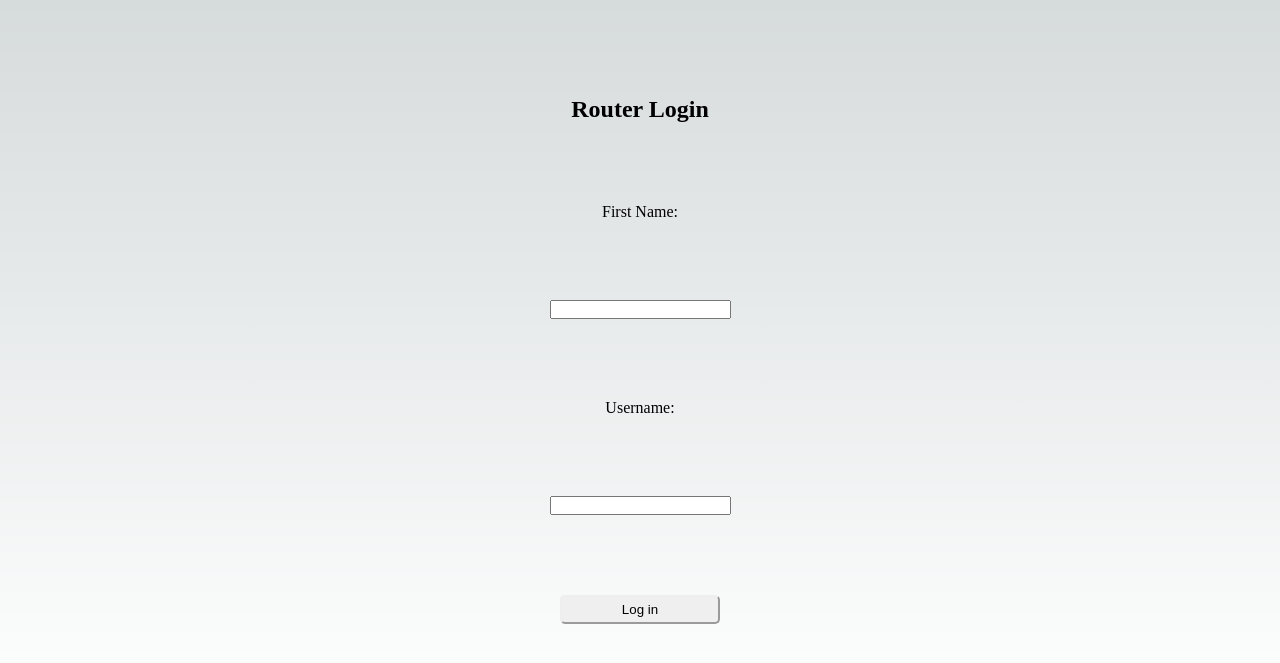
Repository: Mariessa-Pinto/week2-next.js-next-router-login
Page: /
These files come from the project's save history. The page is drawn as it stood at one moment and after the next save; the edit follows.
The browser window is 1280 px wide. The pictures show the whole page.
The project was rebuilt for these pictures with package versions that can differ from the ones it lists, and the page was loaded fresh each time. The framework's server and built-in components were replaced by stand-ins that run in the browser. Also part of the build but not shown: next.config.js.

Above is the page before, as saved 2023-01-11 07:39:25.

### pages/index.js
import Head from 'next/head'
import Image from 'next/image'
import { Inter } from '@next/font/google'
import styles from '../styles/Home.module.css'
import { useState } from 'react'
import { useRouter } from 'next/router'

const inter = Inter({ subsets: ['latin'] })

export default function Home() {

  const router = useRouter()

  const [formData, setFormData] = useState({
    firstName: '',
    username: ''
  })

  const CheckLogin = () => {
    console.log(formData.firstName)
    console.log(formData)

    if(formData.username !== null) {
      router.push( {
        pathname: './counter',
        query: {
          username: formData.username
        }
      })
    }
  }

  return (
    <>
      <Head>
        <title>Create Next App</title>
        <meta name="description" content="Generated by create next app" />
        <meta name="viewport" content="width=device-width, initial-scale=1" />
        <link rel="icon" href="/favicon.ico" />
      </Head>
      <main className={styles.main}>

       <h2>Router Login</h2>
       <label>First Name:</label>
       <input
        type = "text"
        id = "first"
        name = "first"
        required
        pattern ="[A-Z]{1}[a-z]{2,10}"
        title="The first letter should be capitalized"
        onChange={(e => setFormData({...formData, firstName: e.target.value}))}
       />

       <label>Username:</label>
       <input
        type = "text"
        id = "username"
        name = "username"
        required
        title="Type your username"
        minLength="5"
        maxLength="10"
        onChange={(e => setFormData({...formData, username: e.target.value}))}
       />
       <button className={styles.button} type="submit" onClick={() => CheckLogin()}>Log in</button>
      </main>
    </>
  )
}

### styles/globals.css
:root {
  --max-width: 1100px;
  --border-radius: 12px;
  --font-mono: ui-monospace, Menlo, Monaco, 'Cascadia Mono', 'Segoe UI Mono',
    'Roboto Mono', 'Oxygen Mono', 'Ubuntu Monospace', 'Source Code Pro',
    'Fira Mono', 'Droid Sans Mono', 'Courier New', monospace;

  --foreground-rgb: 0, 0, 0;
  --background-start-rgb: 214, 219, 220;
  --background-end-rgb: 255, 255, 255;

  --primary-glow: conic-gradient(
    from 180deg at 50% 50%,
    #16abff33 0deg,
    #0885ff33 55deg,
    #54d6ff33 120deg,
    #0071ff33 160deg,
    transparent 360deg
  );
  --secondary-glow: radial-gradient(
    rgba(255, 255, 255, 1),
    rgba(255, 255, 255, 0)
  );

  --tile-start-rgb: 239, 245, 249;
  --tile-end-rgb: 228, 232, 233;
  --tile-border: conic-gradient(
    #00000080,
    #00000040,
    #00000030,
    #00000020,
    #00000010,
    #00000010,
    #00000080
  );

  --callout-rgb: 238, 240, 241;
  --callout-border-rgb: 172, 175, 176;
  --card-rgb: 180, 185, 188;
  --card-border-rgb: 131, 134, 135;
}

@media (prefers-color-scheme: dark) {
  :root {
    --foreground-rgb: 255, 255, 255;
    --background-start-rgb: 0, 0, 0;
    --background-end-rgb: 0, 0, 0;

    --primary-glow: radial-gradient(rgba(1, 65, 255, 0.4), rgba(1, 65, 255, 0));
    --secondary-glow: linear-gradient(
      to bottom right,
      rgba(1, 65, 255, 0),
      rgba(1, 65, 255, 0),
      rgba(1, 65, 255, 0.3)
    );

    --tile-start-rgb: 2, 13, 46;
    --tile-end-rgb: 2, 5, 19;
    --tile-border: conic-gradient(
      #ffffff80,
      #ffffff40,
      #ffffff30,
      #ffffff20,
      #ffffff10,
      #ffffff10,
      #ffffff80
    );

    --callout-rgb: 20, 20, 20;
    --callout-border-rgb: 108, 108, 108;
    --card-rgb: 100, 100, 100;
    --card-border-rgb: 200, 200, 200;

    --dark-red: darkred;
  }
}

* {
  box-sizing: border-box;
  padding: 0;
  margin: 0;
}

html,
body {
  max-width: 100vw;
  overflow-x: hidden;
}

body {
  color: rgb(var(--foreground-rgb));
  background: linear-gradient(
      to bottom,
      transparent,
      rgb(var(--background-end-rgb))
    )
    rgb(var(--background-start-rgb));
}

a {
  color: inherit;
  text-decoration: none;
}

@media (prefers-color-scheme: dark) {
  html {
    color-scheme: dark;
  }
}

### styles/Home.module.css
.main {
  display: flex;
  flex-direction: column;
  justify-content: space-between;
  align-items: center;
  padding: 6rem;
  min-height: 100vh;
}

.button {
  border-color: rgb(var(--dark-red));
  padding: 5px 60px;
  border-radius: 5px;
}

.description {
  display: inherit;
  justify-content: inherit;
  align-items: inherit;
  font-size: 0.85rem;
  max-width: var(--max-width);
  width: 100%;
  z-index: 2;
  font-family: var(--font-mono);
}

.description a {
  display: flex;
  justify-content: center;
  align-items: center;
  gap: 0.5rem;
}

.description p {
  position: relative;
  margin: 0;
  padding: 1rem;
  background-color: rgba(var(--callout-rgb), 0.5);
  border: 1px solid rgba(var(--callout-border-rgb), 0.3);
  border-radius: var(--border-radius);
}

.code {
  font-weight: 700;
  font-family: var(--font-mono);
}

.grid {
  display: grid;
  grid-template-columns: repeat(4, minmax(25%, auto));
  width: var(--max-width);
  max-width: 100%;
}

.card {
  padding: 1rem 1.2rem;
  border-radius: var(--border-radius);
  background: rgba(var(--card-rgb), 0);
  border: 1px solid rgba(var(--card-border-rgb), 0);
  transition: background 200ms, border 200ms;
}

.card span {
  display: inline-block;
  transition: transform 200ms;
}

.card h2 {
  font-weight: 600;
  margin-bottom: 0.7rem;
}

.card p {
  margin: 0;
  opacity: 0.6;
  font-size: 0.9rem;
  line-height: 1.5;
  max-width: 30ch;
}

.center {
  display: flex;
  justify-content: center;
  align-items: center;
  position: relative;
  padding: 4rem 0;
}

.center::before {
  background: var(--secondary-glow);
  border-radius: 50%;
  width: 480px;
  height: 360px;
  margin-left: -400px;
}

.center::after {
  background: var(--primary-glow);
  width: 240px;
  height: 180px;
  z-index: -1;
}

.center::before,
.center::after {
  content: '';
  left: 50%;
  position: absolute;
  filter: blur(45px);
  transform: translateZ(0);
}

.logo,
.thirteen {
  position: relative;
}

.thirteen {
  display: flex;
  justify-content: center;
  align-items: center;
  width: 75px;
  height: 75px;
  padding: 25px 10px;
  margin-left: 16px;
  transform: translateZ(0);
  border-radius: var(--border-radius);
  overflow: hidden;
  box-shadow: 0px 2px 8px -1px #0000001a;
}

.thirteen::before,
.thirteen::after {
  content: '';
  position: absolute;
  z-index: -1;
}

/* Conic Gradient Animation */
.thirteen::before {
  animation: 6s rotate linear infinite;
  width: 200%;
  height: 200%;
  background: var(--tile-border);
}

/* Inner Square */
.thirteen::after {
  inset: 0;
  padding: 1px;
  border-radius: var(--border-radius);
  background: linear-gradient(
    to bottom right,
    rgba(var(--tile-start-rgb), 1),
    rgba(var(--tile-end-rgb), 1)
  );
  background-clip: content-box;
}

/* Enable hover only on non-touch devices */
@media (hover: hover) and (pointer: fine) {
  .card:hover {
    background: rgba(var(--card-rgb), 0.1);
    border: 1px solid rgba(var(--card-border-rgb), 0.15);
  }

  .card:hover span {
    transform: translateX(4px);
  }
}

@media (prefers-reduced-motion) {
  .thirteen::before {
    animation: none;
  }

  .card:hover span {
    transform: none;
  }
}

/* Mobile */
@media (max-width: 700px) {
  .content {
    padding: 4rem;
  }

  .grid {
    grid-template-columns: 1fr;
    margin-bottom: 120px;
    max-width: 320px;
    text-align: center;
  }

  .card {
    padding: 1rem 2.5rem;
  }

  .card h2 {
    margin-bottom: 0.5rem;
  }

  .center {
    padding: 8rem 0 6rem;
  }

  .center::before {
    transform: none;
    height: 300px;
  }

  .description {
    font-size: 0.8rem;
  }

  .description a {
    padding: 1rem;
  }

  .description p,
  .description div {
    display: flex;
    justify-content: center;
    position: fixed;
    width: 100%;
  }

  .description p {
    align-items: center;
    inset: 0 0 auto;
    padding: 2rem 1rem 1.4rem;
    border-radius: 0;
    border: none;
    border-bottom: 1px solid rgba(var(--callout-border-rgb), 0.25);
    background: linear-gradient(
      to bottom,
      rgba(var(--background-start-rgb), 1),
      rgba(var(--callout-rgb), 0.5)
    );
    background-clip: padding-box;
    backdrop-filter: blur(24px);
  }

  .description div {
    align-items: flex-end;
    pointer-events: none;
    inset: auto 0 0;
    padding: 2rem;
    height: 200px;
    background: linear-gradient(
      to bottom,
      transparent 0%,
      rgb(var(--background-end-rgb)) 40%
    );
    z-index: 1;
  }
}

/* Tablet and Smaller Desktop */
@media (min-width: 701px) and (max-width: 1120px) {
  .grid {
    grid-template-columns: repeat(2, 50%);
  }
}

@media (prefers-color-scheme: dark) {
  .vercelLogo {
    filter: invert(1);
  }

  .logo,
  .thirteen img {
    filter: invert(1) drop-shadow(0 0 0.3rem #ffffff70);
  }
}

@keyframes rotate {
  from {
    transform: rotate(360deg);
  }
  to {
    transform: rotate(0deg);
  }
}

Loaded but not shown: pages/_app.js (common file); pages/_document.js (common file)

After the next save:
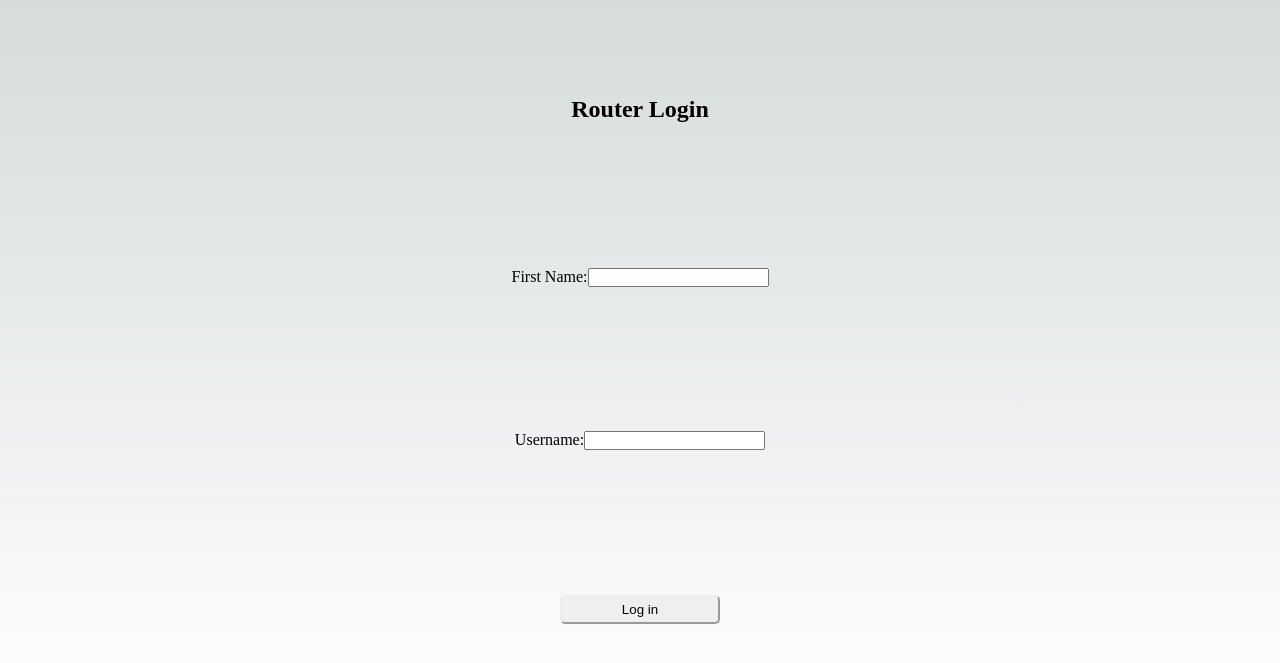
Saved 2 min 59 s later.
--- a/pages/index.js
+++ b/pages/index.js
@@ -41,28 +41,32 @@ export default function Home() {
       <main className={styles.main}>
 
        <h2>Router Login</h2>
-       <label>First Name:</label>
-       <input
-        type = "text"
-        id = "first"
-        name = "first"
-        required
-        pattern ="[A-Z]{1}[a-z]{2,10}"
-        title="The first letter should be capitalized"
-        onChange={(e => setFormData({...formData, firstName: e.target.value}))}
-       />
+       <div className={styles.inputField}>
+        <label>First Name:</label>
+        <input
+          type = "text"
+          id = "first"
+          name = "first"
+          required
+          pattern ="[A-Z]{1}[a-z]{2,10}"
+          title="The first letter should be capitalized"
+          onChange={(e => setFormData({...formData, firstName: e.target.value}))}
+        />
+       </div>
 
-       <label>Username:</label>
-       <input
-        type = "text"
-        id = "username"
-        name = "username"
-        required
-        title="Type your username"
-        minLength="5"
-        maxLength="10"
-        onChange={(e => setFormData({...formData, username: e.target.value}))}
-       />
+      <div className={styles.inputField}>
+        <label>Username:</label>
+        <input
+          type = "text"
+          id = "username"
+          name = "username"
+          required
+          title="Type your username"
+          minLength="5"
+          maxLength="10"
+          onChange={(e => setFormData({...formData, username: e.target.value}))}
+        />
+       </div>
        <button className={styles.button} type="submit" onClick={() => CheckLogin()}>Log in</button>
       </main>
     </>
